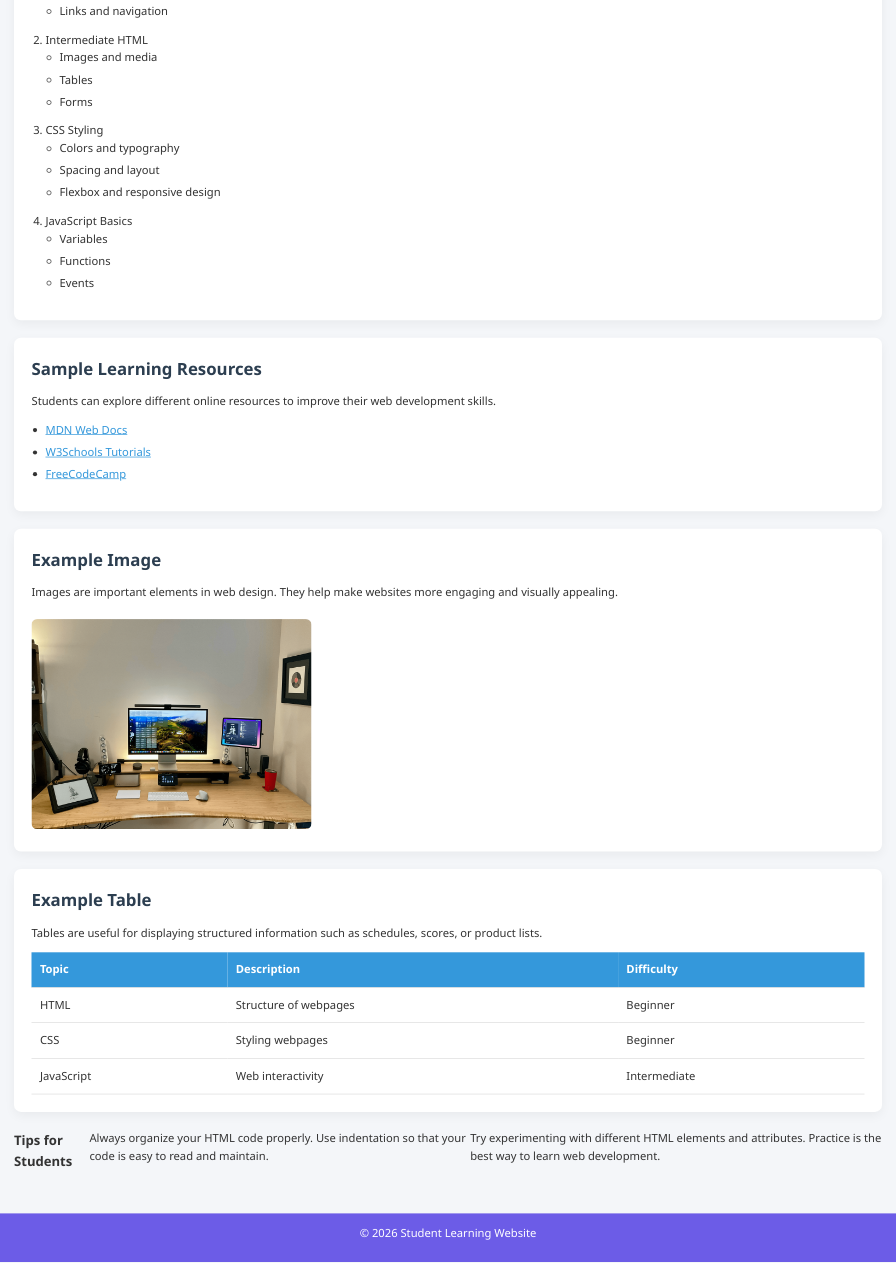
Repository: Than-sothearak/web_client_programing
Page: Week_03/index.html
The author's editor kept a copy of each file at every save. The page is drawn from the files as they stood at one save, then again after the next save.
The browser window is 1280 px wide. The pictures show the part of the page from y = 1298 to 3218 px (the page is 3102 px tall before and 3218 px after), at 70% of full size.

Above is the page before, as saved 2026-03-24 21:09:39.

After the next save:
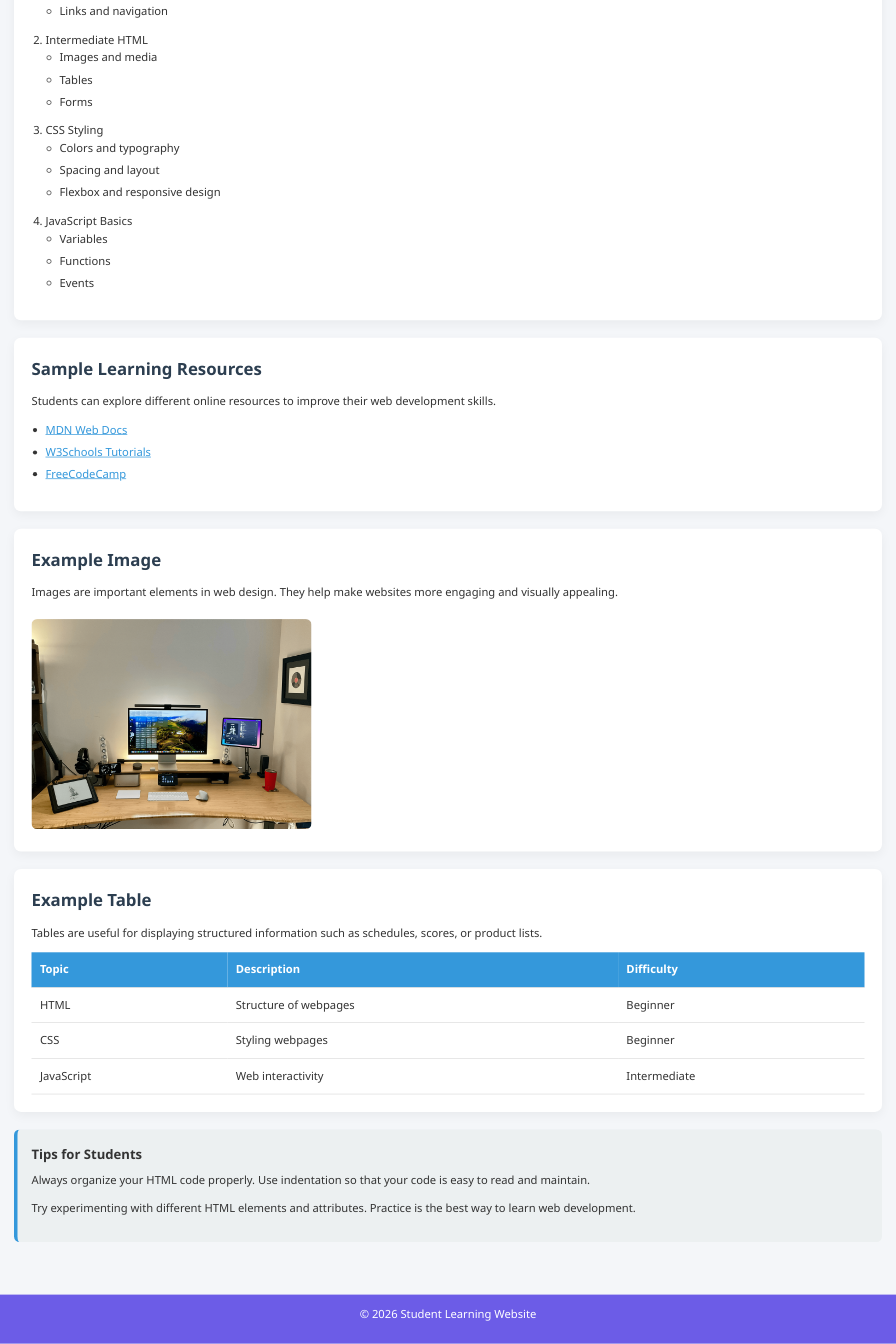
Saved 78 s later.
--- a/Week_03/styles.css
+++ b/Week_03/styles.css
@@ -7,7 +7,6 @@
   padding: 0;
   box-sizing: border-box;
 }
-
 
 /* Body */
 
@@ -53,7 +52,7 @@ nav a:hover {
 /* Main container */
 
 main {
-  max-width: 100%;
+  max-width: 1440px;
   margin: auto;
   padding: 30px 20px;
 }
@@ -148,11 +147,7 @@ tr:hover {
 /* Aside */
 
 aside {
-  display: flex;
-}
-
-.aside-card {
-background: #ecf0f1;
+  background: #ecf0f1;
   padding: 20px;
   border-left: 5px solid #3498db;
   border-radius: 8px;
